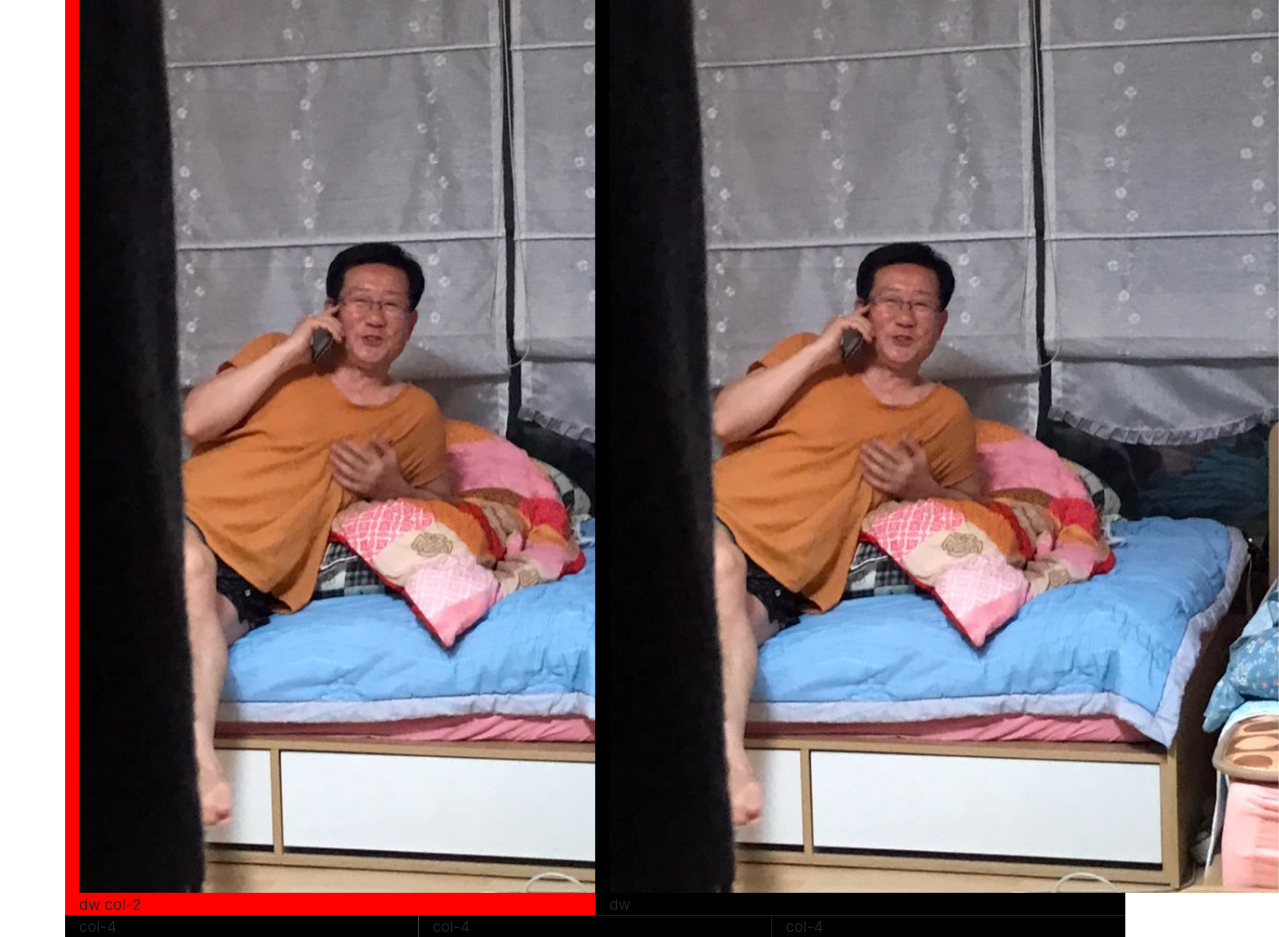
Repository: seungminlll3420/ruby_on_rails
Page: wep.html
The author's editor kept a record of every edit. The page is drawn from the files as they stood at one moment, then again after the next edit.
The browser window is 1280 px wide. The page is 1375 px wide, so the pictures cover 1375 px, including what lies to the right of the window. The pictures show the whole page, at 93% of full size.

Above is the page before.

After the next edit:
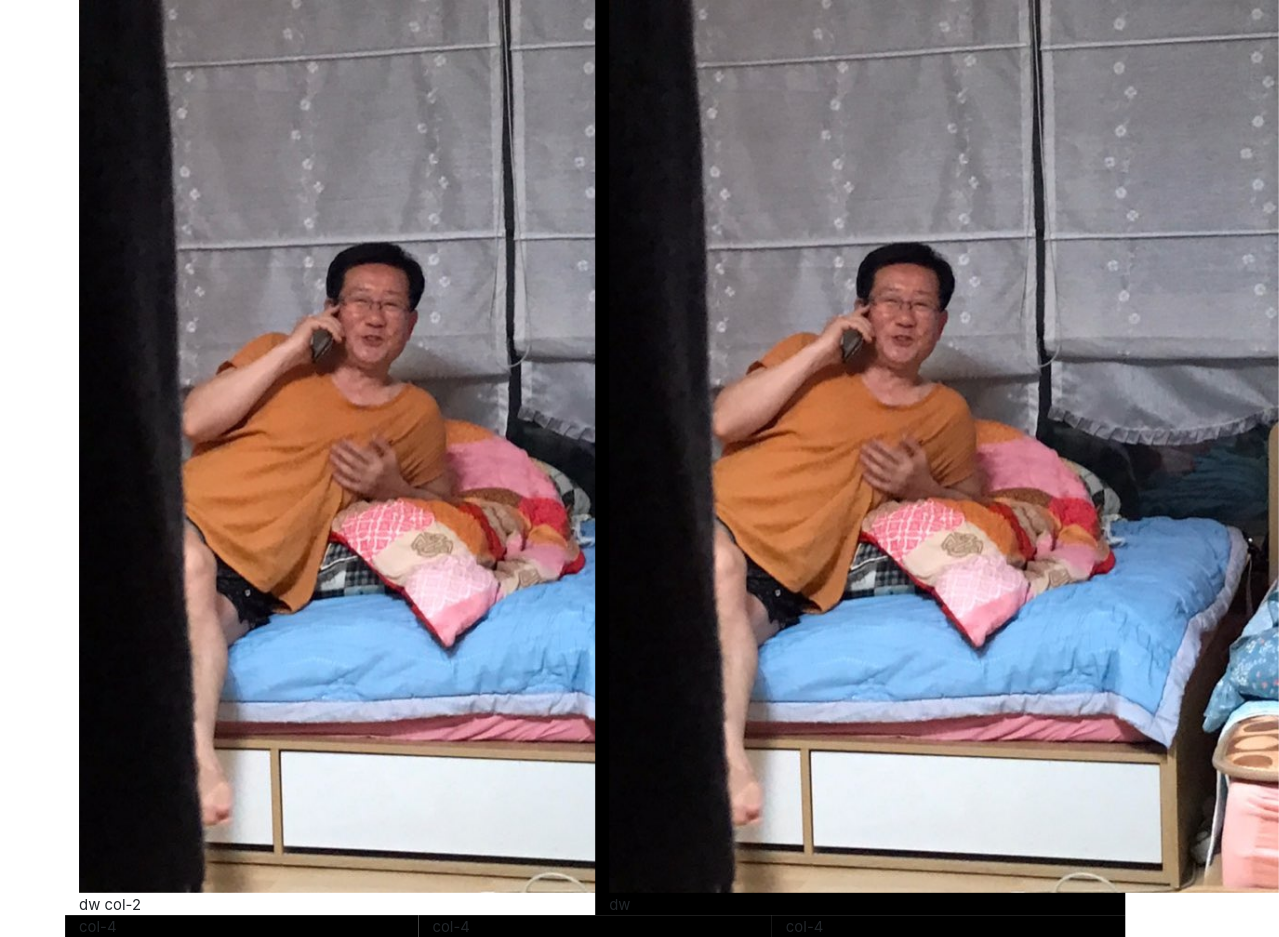
The edit:
--- a/wep.html
+++ b/wep.html
@@ -15,7 +15,7 @@
   <body>
       <div class="container">
         <div class="row">
-            <div class="col-6" style="background-color: red;">
+            <div class="col-6" style="">
                 <img src="./img/이종호.jpg">dw</img>
                 col-2
             </div>
